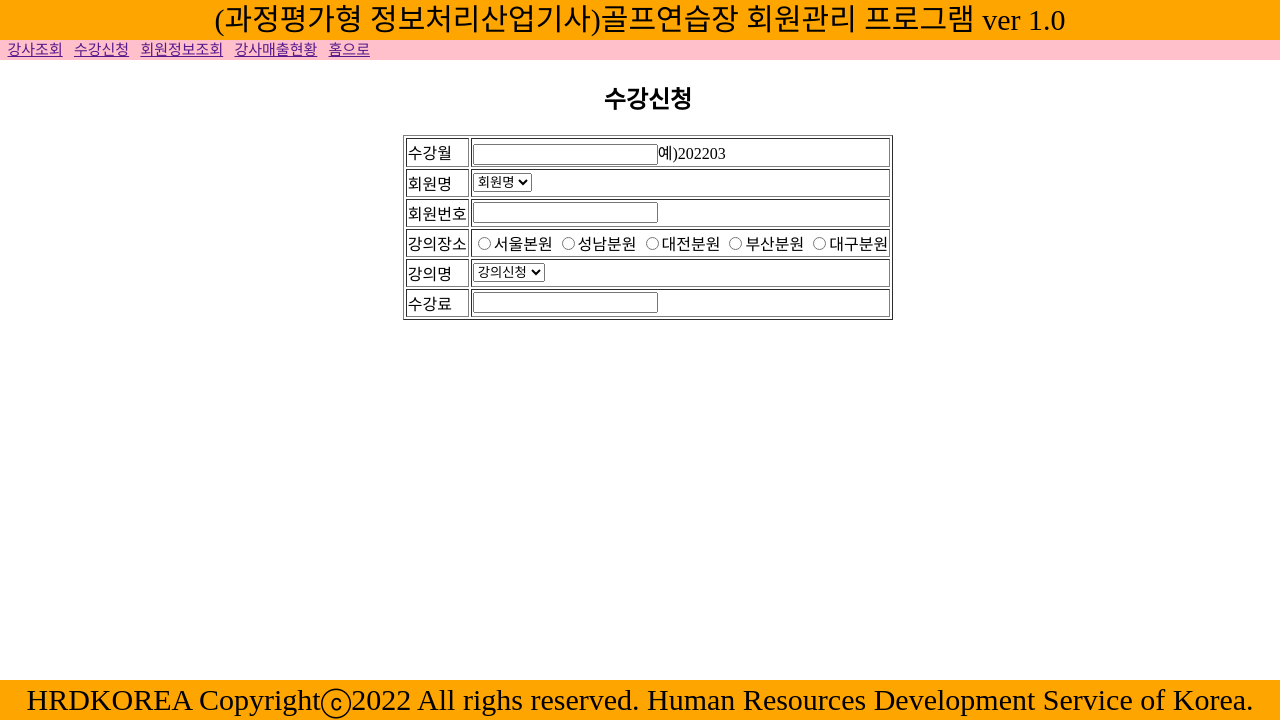
Repository: YeoJeongmo/hrdKorea
Page: http://localhost/HRD_1/insert.jsp
An editor plug-in stored every save of this project. The page is shown before and after the next save, followed by the edit.
The browser window is 1280 px wide. The pictures show the whole page.
The page is served by Tomcat 9. Other server files are loaded and not shown.

Above is the page before, as saved 2024-09-04 12:16:52.

### cbq_05/workspace/HRD_1/src/main/webapp/insert.jsp
<%@ page language="java" contentType="text/html; charset=UTF-8"
    pageEncoding="UTF-8"%>
<!DOCTYPE html>
<html>
<head>
<meta charset="UTF-8">
<title>Insert title here</title>
</head>
<body>
<jsp:include page="header.jsp"></jsp:include>
<section style="position: fixed; top: 60px; width: 100%;">
	<h2 style="text-align: center;">수강신청</h2>
	<form style="display: flex; justify-content: center;">
	<table border="1">
		<tr>
			<td> 수강월 </td>
			<td> <input type="text" name="resist_month">예)202203 </td>
		</tr>
		<tr>
			<td> 회원명 </td>
			<td>
				<select>
					<option> 회원명 </option>
					<option> 홍길동 </option>
					<option> 장발장 </option>
					<option> 임꺽정 </option>
					<option> 성춘향 </option>
					<option> 이몽룡 </option>
				</select>
			</td>
		</tr>
		<tr>
			<td> 회원번호 </td>
			<td> <input type="text" name="c_no"> </td>
		</tr>
		<tr>
			<td> 강의장소 </td>
			<td>
				<input type="radio" name="class_area">서울본원
				<input type="radio" name="class_area">성남분원
				<input type="radio" name="class_area">대전분원
				<input type="radio" name="class_area">부산분원
				<input type="radio" name="class_area">대구분원
			</td>
		</tr>
		<tr>
			<td> 강의명 </td>
			<td>
				<select>
					<option> 강의신청 </option>
					<option> 초급반 </option>
					<option> 중급반 </option>
					<option> 고급반 </option>
					<option> 심화반 </option>
				</select>
			</td>
		</tr>
		<tr>
			<td> 수강료 </td>
			<td> <input type="text" name="class_price"> </td>
		</tr>
	</table>
	</form>
</section>
<jsp:include page="footer.jsp"></jsp:include>
</body>
</html>

### cbq_05/workspace/HRD_1/src/main/webapp/header.jsp
<%@ page language="java" contentType="text/html; charset=UTF-8"
    pageEncoding="UTF-8"%>
<!DOCTYPE html>
<html>
<head>
<meta charset="UTF-8">
<title>Insert title here</title>
</head>
<body>
<header style="position: fixed; top: 0; left: 0; line-height: 40px; width: 100%; height: 40px; font-size: 30px; text-align: center; background-color: orange; color: black;">(과정평가형 정보처리산업기사)골프연습장 회원관리 프로그램 ver 1.0</header>
<nav  style="position: fixed; top: 40px; left: 0; line-height: 20px; width: 100%; height: 20px; font-size: 15px; background-color: pink; color: black;">
&nbsp;&nbsp;<a href="">강사조회</a>
&nbsp;&nbsp;<a href="">수강신청</a>
&nbsp;&nbsp;<a href="">회원정보조회</a>
&nbsp;&nbsp;<a href="">강사매출현황</a>
&nbsp;&nbsp;<a href="">홈으로</a>
</nav>
</body>
</html>

### cbq_05/workspace/HRD_1/src/main/webapp/footer.jsp
<%@ page language="java" contentType="text/html; charset=UTF-8"
    pageEncoding="UTF-8"%>
<!DOCTYPE html>
<html>
<head>
<meta charset="UTF-8">
<title>Insert title here</title>
</head>
<body>
<footer style="position: fixed; bottom: 0; left: 0; line-height: 40px; width: 100%; height: 40px; font-size: 30px; text-align: center; background-color: orange; color: black;">HRDKOREA Copyrightⓒ2022 All righs reserved. Human Resources Development Service of Korea.</footer>
</body>
</html>

After the next save:
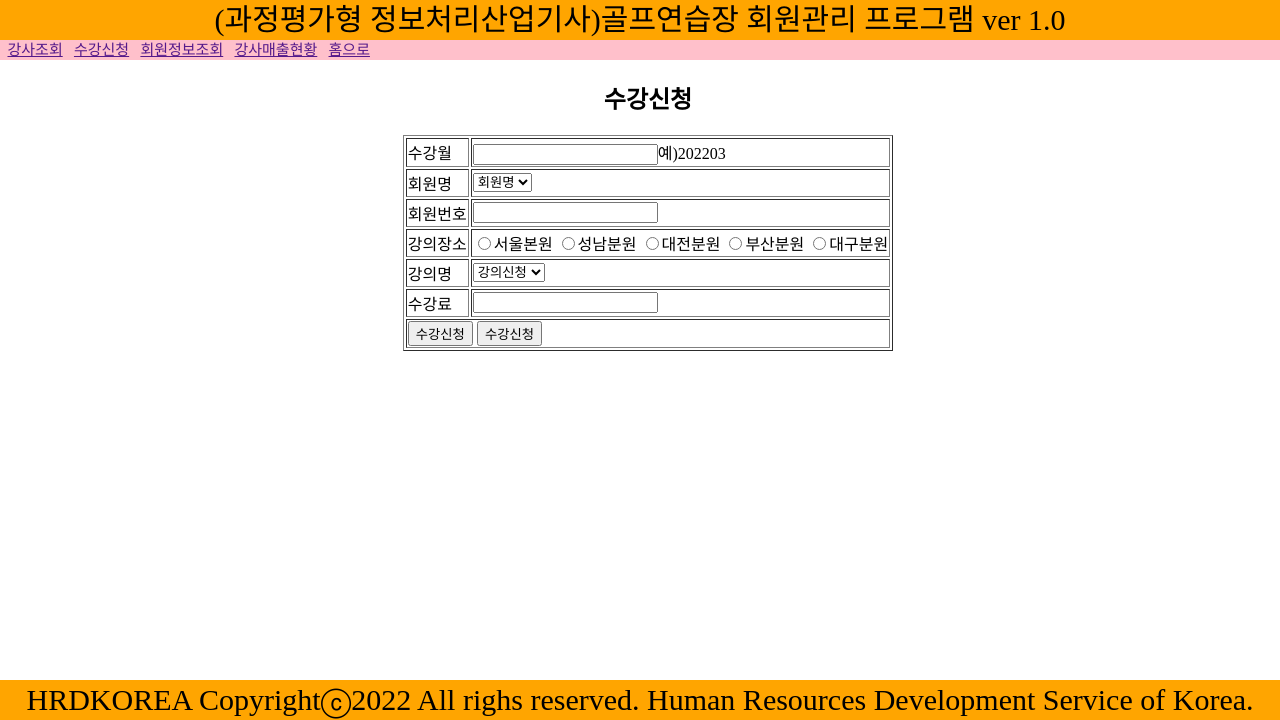
Saved 88 s later.
--- a/cbq_05/workspace/HRD_1/src/main/webapp/insert.jsp
+++ b/cbq_05/workspace/HRD_1/src/main/webapp/insert.jsp
@@ -59,6 +59,12 @@
 			<td> 수강료 </td>
 			<td> <input type="text" name="class_price"> </td>
 		</tr>
+		<tr>
+			<td colspan="2">
+				<input type="button" value="수강신청">
+				<input type="button" value="수강신청">
+			</td>
+		</tr>
 	</table>
 	</form>
 </section>
